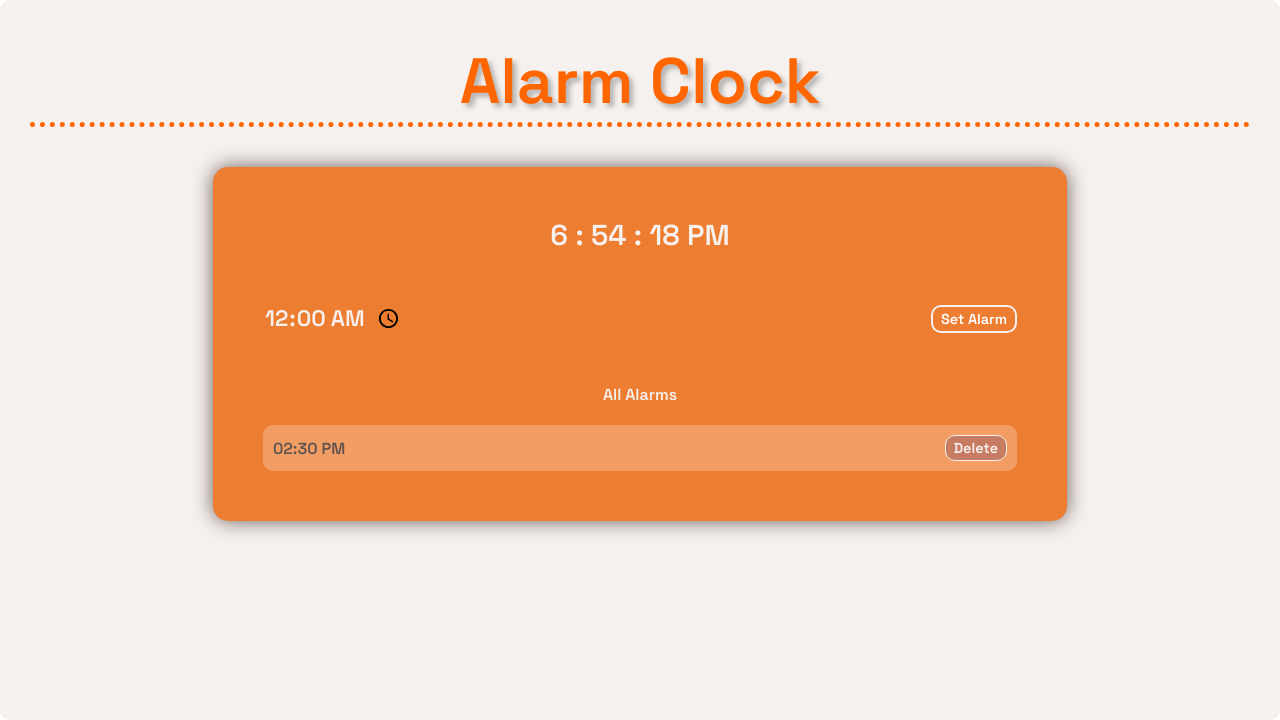
Repository: Pragya016/Alarm-Clock
Page: Index.html
An editor plug-in stored every save of this project. The page is shown before and after the next save, followed by the edit.
The browser window is 1280 px wide. The pictures show the whole page.

Above is the page before, as saved 2024-01-19 22:31:19.

After the next save:
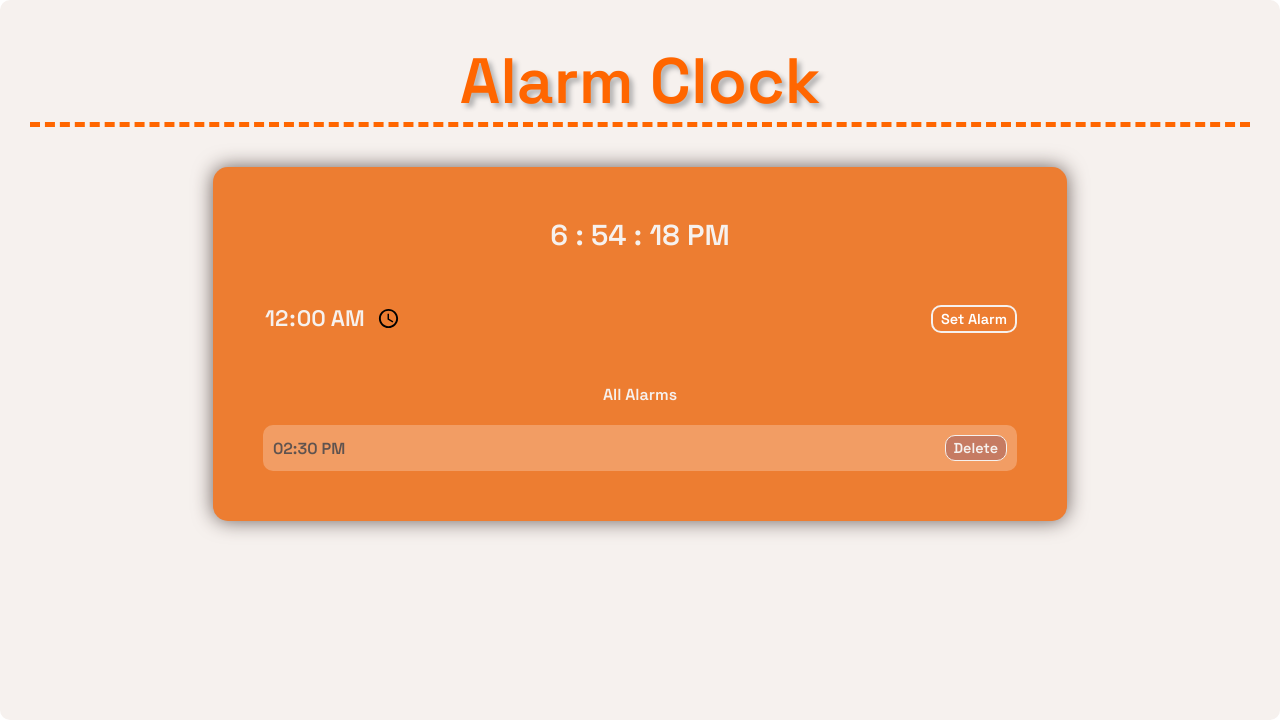
Saved 4 s later.
--- a/styles.css
+++ b/styles.css
@@ -37,7 +37,7 @@
     text-align: center;
     margin-top: 10px;
     font: 900;
-    border-bottom: 5px dotted var(--orangeShadeDark);
+    border-bottom: 5px dashed var(--orangeShadeDark);
     font-size: 4rem;
     overflow: hidden;
     text-shadow: 4px 4px 5px rgb(179, 178, 178);

After the save that followed:
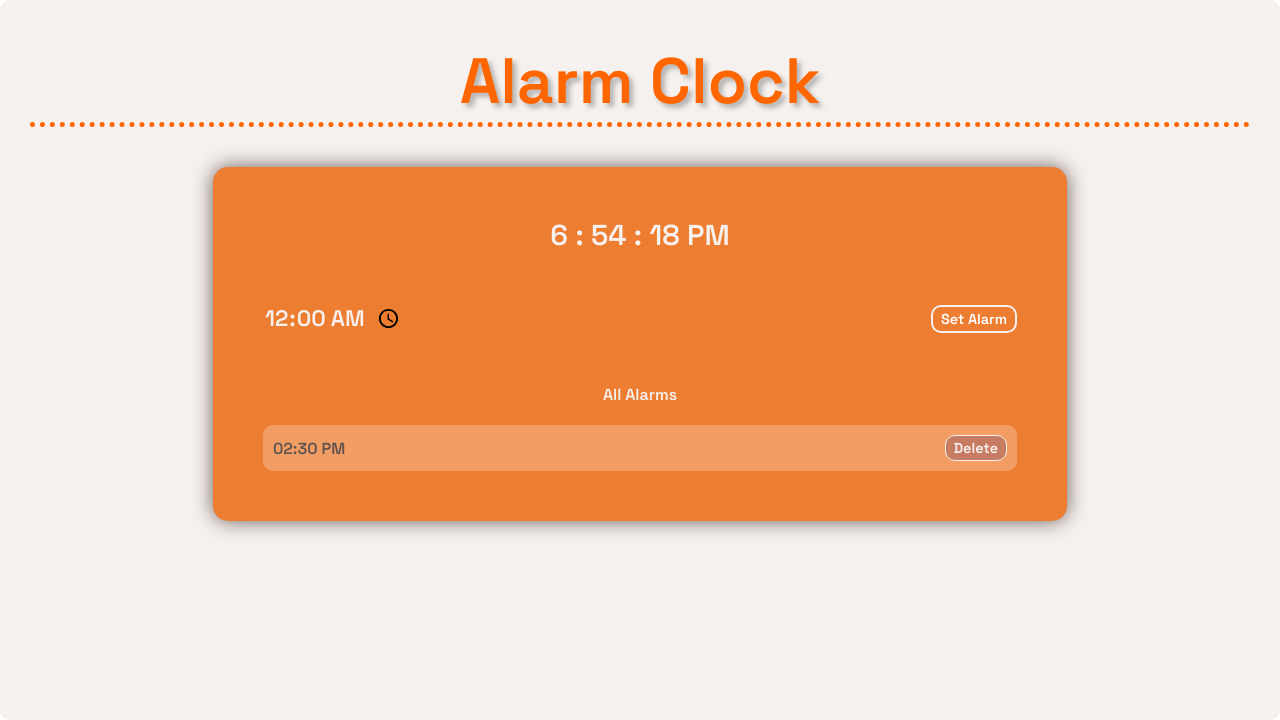
Saved 5 s later.
--- a/styles.css
+++ b/styles.css
@@ -37,7 +37,7 @@
     text-align: center;
     margin-top: 10px;
     font: 900;
-    border-bottom: 5px dashed var(--orangeShadeDark);
+    border-bottom: 5px dotted var(--orangeShadeDark);
     font-size: 4rem;
     overflow: hidden;
     text-shadow: 4px 4px 5px rgb(179, 178, 178);
